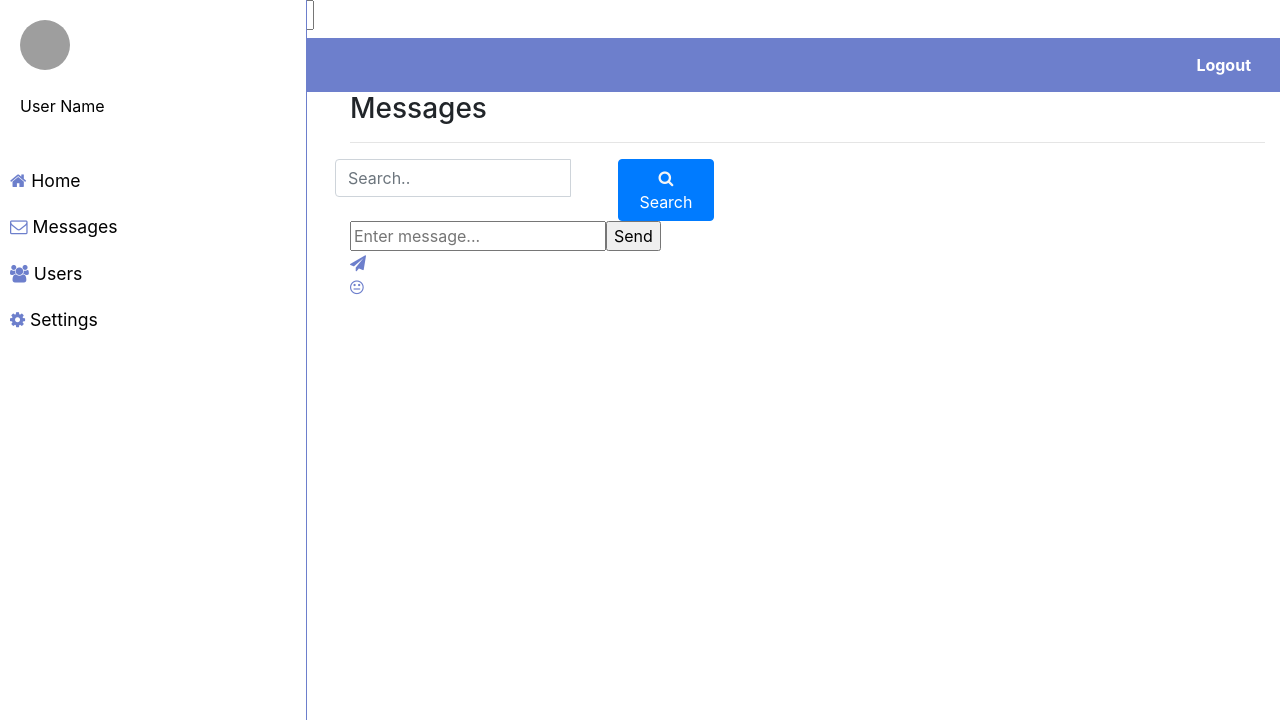
Repository: Evelyn-kate/chatapp-frontend-backend
Page: /messages (app in my-app/)
These files come from the project's save history. The page is drawn as it stood at one moment and after the next save; the edit follows.
The browser window is 1280 px wide. The pictures show the whole page.
Pictures or frames that could not be fetched are drawn as grey boxes. The page's requests for data from a server got no answer. Some web libraries are served in a nearby version. The project was rebuilt for these pictures with package versions that can differ from the ones it lists, and the page was loaded fresh each time. No one was signed in, and anything a server would have sent is missing. Also part of the build but not shown: my-app/src/components/WelcomeComponent.jsx, my-app/src/components/LoginComponent.jsx, my-app/src/components/WelcomedComponent.jsx, my-app/src/components/UserComponent.jsx, my-app/src/components/SettingsComponent.jsx, my-app/src/components/Message.js.

Above is the page before, as saved 2020-11-09 16:25:21.

### my-app/public/index.html
<!DOCTYPE html>
<html lang="en">

<head>
    <meta charset="utf-8" />
    <link rel="icon" href="%PUBLIC_URL%/favicon.ico" />
    <link rel="stylesheet" href="https://stackpath.bootstrapcdn.com/bootstrap/4.4.1/css/bootstrap.min.css" integrity="sha384-Vkoo8x4CGsO3+Hhxv8T/Q5PaXtkKtu6ug5TOeNV6gBiFeWPGFN9MuhOf23Q9Ifjh" crossOrigin="anonymous">
    <meta name="viewport" content="width=device-width, initial-scale=1" />
    <meta name="theme-color" content="#000000" />
    <meta name="description" content="Web site created using create-react-app" />
    <link rel="apple-touch-icon" href="%PUBLIC_URL%/logo192.png" />
    <link rel="stylesheet" href="https://cdnjs.cloudflare.com/ajax/libs/font-awesome/4.7.0/css/font-awesome.min.css" />

    <!--
      manifest.json provides metadata used when your web app is installed on a
      user's mobile device or desktop. See https://developers.google.com/web/fundamentals/web-app-manifest/
    -->
    <link rel="manifest" href="%PUBLIC_URL%/manifest.json" />
    <!--
      Notice the use of %PUBLIC_URL% in the tags above.
      It will be replaced with the URL of the `public` folder during the build.
      Only files inside the `public` folder can be referenced from the HTML.

      Unlike "/favicon.ico" or "favicon.ico", "%PUBLIC_URL%/favicon.ico" will
      work correctly both with client-side routing and a non-root public URL.
      Learn how to configure a non-root public URL by running `npm run build`.
    -->
    <title>React App</title>
</head>

<body>
    <noscript>You need to enable JavaScript to run this app.</noscript>

    <script src="https://code.jquery.com/jquery-3.4.1.slim.min.js" integrity="sha384-J6qa4849blE2+poT4WnyKhv5vZF5SrPo0iEjwBvKU7imGFAV0wwj1yYfoRSJoZ+n" crossOrigin="anonymous"></script>
    <script src="https://cdn.jsdelivr.net/npm/popper.js@1.16.0/dist/umd/popper.min.js" integrity="sha384-Q6E9RHvbIyZFJoft+2mJbHaEWldlvI9IOYy5n3zV9zzTtmI3UksdQRVvoxMfooAo" crossOrigin="anonymous"></script>
    <script src="https://stackpath.bootstrapcdn.com/bootstrap/4.4.1/js/bootstrap.min.js" integrity="sha384-wfSDF2E50Y2D1uUdj0O3uMBJnjuUD4Ih7YwaYd1iqfktj0Uod8GCExl3Og8ifwB6" crossOrigin="anonymous"></script>
    <!-- <script src="https://facebook.github.io/react/js/jsfiddle-integration-babel.js"></script> -->
    <script src="https://ajax.googleapis.com/ajax/libs/jquery/1.11.1/jquery.min.js"></script>

    <div id="root"></div>
    <!--
      This HTML file is a template.
      If you open it directly in the browser, you will see an empty page.

      You can add webfonts, meta tags, or analytics to this file.
      The build step will place the bundled scripts into the <body> tag.

      To begin the development, run `npm start` or `yarn start`.
      To create a production bundle, use `npm run build` or `yarn build`.
    -->
</body>

</html>

### my-app/src/index.js
import React from 'react';
import ReactDOM from 'react-dom';
import IndexComponent from './components/IndexComponent.jsx';
import './index.css';
import 'bootstrap/dist/css/bootstrap.min.css';
import './Login.scss';



ReactDOM.render( <
    IndexComponent / > ,
    document.getElementById('root')
);

### my-app/src/components/IndexComponent.jsx
import React from 'react';

import {BrowserRouter, Switch, Route} from 'react-router-dom';

import WelcomeComponent from './WelcomeComponent';

import LoginComponent from './LoginComponent';
import WelcomedComponent from './WelcomedComponent';
import UserComponent from './UserComponent';
import SettingsComponent from './SettingsComponent';
import ChatComponent from './ChatComponent';


class IndexComponent extends React.Component {
    render() {
        return (
            <BrowserRouter>
                <Switch>
                    <Route exact path="/" component = {LoginComponent}/>
                    <Route path="/welcome/username" component = {WelcomeComponent}/>
                    <Route exact path="/logout" component = {LoginComponent}/>
                    <Route exact path="/welcome/admin" component = {WelcomedComponent}/>
                    <Route exact path="/users" component = {UserComponent}/>
                    <Route exact path="/settings" component = {SettingsComponent}/>
                    <Route  exact path = "/messages" component = {ChatComponent}/>
                </Switch>
            </BrowserRouter>
        );
    }
}
export default IndexComponent ;

### my-app/src/Login.scss
/* styling the login page*/


/* form {
    border: 3px solid #7c84ec;
    position: absolute;
    background: blue;
} */

.form-login {
    background-color: #318CE7;
    border: 3px solid #7c84ec;
    position: absolute;
}

.box-login {
    padding-top: 50px;
}

button {
    background-color: #dbf113;
    color: white;
    padding: 14px 20px;
    margin: 8px 0;
    border: none;
    cursor: pointer;
    width: 75%;
    float: right;
}

button:hover {
    opacity: 0.8;
}

button.logout {
    width: initial;
    color: #fff
}

// css avatar
.avatar {
    vertical-align: middle;
    width: 50px;
    height: 50px;
    border-radius: 50%;
}

span.psw {
    float: left;
    //padding-top: 16px;
}

.btn btn-outline-success my-2 my-sm-0 {
    width: 40%;
    padding-block: 80px;
}

// Welcome style
.main-text {
    display: flex;
    min-height: 80vh;
    align-items: center;
    justify-content: center;
}


/*my style sidebar start*/

.wrapper {
    display: flex;
    width: 100%;
    align-items: stretch;
    overflow-x: hidden;
    overflow-y: auto;
}

a[data-toggle="collapse"] {
    position: relative;
}

.dropdown-toggle::after {
    display: block;
    position: absolute;
    top: 50%;
    right: 20px;
    transform: translateY(-50%);
}

@media (max-width: 700px) {
    #sidebar {
        margin-left: -250px;
    }
    #sidebar.active {
        margin-left: 0;
    }
}


/*
    ADDITIONAL DEMO STYLE, NOT IMPORTANT TO MAKE THINGS WORK BUT TO MAKE IT A BIT NICER :)
*/

///@import "https://fonts.googleapis.com/css?family=Poppins:300,400,500,600,700";
body {
    font-family: 'Poppins', sans-serif;
    background: #fafafa;
    overflow: scroll;
}

p {
    font-family: 'Poppins', sans-serif;
    font-size: 1.1em;
    font-weight: 300;
    line-height: 1.7em;
    color: #000;
}

a,
a:hover,
a:focus {
    color: inherit;
    text-decoration: none;
    transition: all 0.3s;
}

#sidebar {
    /* don't forget to add all the previously mentioned styles here too */
    background: #fff;
    color: #000;
    transition: all 0.3s;
    height: 100%;
    width: 24%;
    position: fixed;
    //min-height: 1000px;
    z-index: 999;
    overflow: auto;
    top: 0;
    bottom: 0px;
    left: 0;
    border-right: 1px solid #6d7fcc;
}

#sidebar .sidebar-header {
    padding: 20px;
    background: #fff;
}

#sidebar ul.components {
    padding: 20px 0;
    //  border-bottom: 1px solid #47748b;
}

#sidebar ul p {
    color: #fff;
    padding: 10px;
}

#sidebar ul li a {
    padding: 10px;
    font-size: 1.1em;
    display: block;
    text-decoration: none;
    color: #000;
}

#sidebar ul li a:hover {
    color: #000;
    background: #cecece;
}

#sidebar ul li.active>a,
a[aria-expanded="true"] {
    color: #000;
    background: #cecece;
}

ul ul a {
    font-size: 0.9em !important;
    padding-left: 30px !important;
    background: #fff;
}


/*my style sidebar end*/

.navbarr {
    background-color: #6d7fcc;
    padding-left: 0%;
}

.navbardiv {
    margin-left: -30px;
}

.fa {
    color: #6d7fcc;
}


/* Add media queries for small screens (when the height of the screen is less than 450px, add a smaller padding and font-size) */


/* @media screen and (max-height: 450px) {
    .sidebar {
        padding-top: 15px;
    }
    .sidebar a {
        font-size: 18px;
    }
}
 */


/*message start style*/

.container1 {
    border: 2px solid #dedede;
    background-color: #fff;
    border-radius: 5px;
    padding: 10px;
    margin: 10px 10px 10px 10px;
}


/* Darker chat container */

.darker {
    border-color: #ccc;
    background-color: #ddd;
}


/* Clear floats */

.container1::after {
    content: "";
    clear: both;
    display: table;
}


/* Style time text */

.time-right {
    float: right;
    color: #aaa;
}


/* Style time text */

.time-left {
    float: left;
    color: #999;
}

.publisher {
    position: relative;
    display: -webkit-box;
    display: flex;
    -webkit-box-align: center;
    align-items: center;
    padding: 12px 20px;
    background-color: #f9fafb
}

.publisher>*:first-child {
    margin-left: 0
}

.publisher>* {
    margin: 0 8px
}

.publisher-input {
    -webkit-box-flex: 1;
    flex-grow: 1;
    border: none;
    outline: none !important;
    background-color: transparent
}

.publisher-btn {
    background-color: transparent;
    border: none;
    color: #8b95a5;
    font-size: 16px;
    cursor: pointer;
    overflow: -moz-hidden-unscrollable;
    -webkit-transition: .2s linear;
    transition: .2s linear
}

.file-group input[type="file"] {
    position: absolute;
    opacity: 0;
    z-index: -1;
    width: 20px
}

.text-info {
    color: #48b0f7;
}


/* Style message avatar */

.container1 img {
    float: left;
    max-width: 60px;
    width: 100%;
    margin-right: 20px;
    border-radius: 50%;
}


/* Style the right image */

.container1 img.right {
    float: right;
    margin-left: 20px;
    margin-right: 0;
}


/*message styles end*/

@import "~bootstrap/scss/bootstrap";

### my-app/src/components/ChatComponent.js
import React, { Component } from 'react'
import MessageComponent from './MessageComponent'
import Message from './Message'

const URL = 'ws://localhost:3030';

class ChatComponent extends Component {
    state = {
        name: 'Bob',
        messages: [],
    }

    ws = new WebSocket(URL)

    componentDidMount() {
        this.ws.onopen = () => {
            // on connecting, do nothing but log it to the console
            console.log('connected')
        }

        this.ws.onmessage = evt => {
            // on receiving a message, add it to the list of messages
            const message = JSON.parse(evt.data)
            this.addMessage(message)
        }

        this.ws.onclose = () => {
            console.log('disconnected')
            // automatically try to reconnect on connection loss
            this.setState({
                ws: new WebSocket(URL),
            })
        }
    }

    addMessage = message =>
        this.setState(state => ({ messages: [message, ...state.messages] }))

    submitMessage = messageString => {
        // on submitting the ChatInput form, send the message, add it to the list and reset the input
        const message = { name: this.state.name, message: messageString }
        this.ws.send(JSON.stringify(message))
        this.addMessage(message)
    }

    render() {
        return (< div >
            <label htmlFor="name">
                Name:&nbsp; <input type="text" id={'name'} placeholder={'Enter your name...'} value={this.state.name}
                    onChange={e => this.setState({ name: e.target.value })} />
            </label >
            <MessageComponent ws={this.ws} onSubmitMessage={messageString => this.submitMessage(messageString)} /> {
                this.state.messages.map((message, index) =>
                    <Message key={index} message={message.message} name={message.name} />,
                )
            } </div>
        )
    }
}

export default ChatComponent;

### my-app/src/components/NavComponent.jsx
import React from 'react';

class NavComponent extends React.Component{
    logout = () => {
        this.props.history.push('/logout');
    }
    render () {
        return (
            <div className="navbardiv">
                <nav className="navbar navbarr justify-content-end navbar-expand-lg">
                    <button className="btn btn-default logout" type="submit" onClick={this.logout}> <b>Logout</b></button>
                </nav>
            </div>
        );

    }
}
export default NavComponent;

### my-app/src/components/SideComponent.jsx
import React from 'react';

class SideComponent extends React.Component{
    render () {
        return (
/*             <div class="sidebar">
            <img src="/images/User_Avatar_2.png" alt="Avatar" className="avatar"/>
            <h1>Username</h1>
            <h4>User@worldvoice.eu</h4>
            <a href="#home"><i className="fa fa-fw fa-envelope"></i>Messages</a>
            <a href="#clients"><i className="fa fa-fw fa-user"></i> Users</a>
            <a href="#contact"><i className="fa fa-fw fa-cog"></i>Settings</a>
         </div>*/


    <nav id="sidebar">
        <div class="sidebar-header">
            <div>
                <img src="images/User.jpg" alt="Avatar" className="avatar"/>
            </div>
            <br/>
            <span>User Name</span>

        </div>

        <ul class="list-unstyled components">
            <li>

                <a href=" http://localhost:3000/welcome/username">
                    <i class="fa fa-home" aria-hidden="true"></i>     Home
                </a>
            </li>

            <li>

                <a href=" http://localhost:3000/messages">
                    <i class="fa fa-envelope-o" aria-hidden="true"></i>     Messages
                </a>
            </li>

            <li>
                <a href=" http://localhost:3000/users"><i class="fa fa-users" aria-hidden="true"></i>     Users</a>
            </li>
            <li>
                <a href=" http://localhost:3000/settings"><i class="fa fa-cog" aria-hidden="true"></i>     Settings</a>
            </li>
        </ul>
    </nav>




        );


    }

}
export default SideComponent;

### my-app/src/components/MessageComponent.jsx
import React from 'react';
import PropTypes from 'prop-types';

import NavComponent from './NavComponent';
import SideComponent from './SideComponent';



class MessageComponent extends React.Component {
    // logout() {
    //     this.props.history.push('/logout');
    // }
    static propTypes = {
        onSubmitMessage: PropTypes.func.isRequired,
    }
    state = {
        message: '',
    }


    render() {
        return (
            <div>

                <div className="container-fluid">
                    <div className="row">
                        {/* <!-- The sidebar --> */}
                        <div className="col-3">
                            <div>
                                <SideComponent />
                            </div>
                        </div>
                        <div className="col-9 pr-0">

                            {/*navbar component*/}

                            <NavComponent history={this.props.history} />

                            <div className="container">
                                <div className="panel panel-info">
                                    <div className="panel-heading">
                                        <h3> Messages</h3>
                                        <hr />
                                    </div>

                                    <div className="panel-body">

                                        <div className="row">
                                            <div className="input-group">
                                                <input type="text" placeholder="Search.." className="form-control col-3" />
                                                <div className="input-group-btn col-2">
                                                    <button type="submit" className="btn btn-primary" type="button" onClick={(e) => { e.preventDefault(); window.location.href = 'http://google.com'; }}>
                                                        <i className="fa fa-search" style={{ color: "whitesmoke" }}></i> Search</button>
                                                </div>
                                            </div>
                                        </div>
                                        {/*

                                            <div className="container1">
                                                <img src="../User.jpg" alt="Avatar"/>
                                                    <p>Hello. How are you today?</p>
                                                    <span className="time-right">11:00</span>
                                            </div>

                                            <div className="container1 darker">
                                                <img src="/w3images/avatar_g2.jpg" alt="Avatar" class="right"/>
                                                    <p>Hey! I'm fine. Thanks for asking!</p>
                                                    <span className="time-left">11:01</span>
                                            </div>

                                            <div className="container1">
                                                <img src="/w3images/bandmember.jpg" alt="Avatar"/>
                                                    <p>Sweet! So, what do you wanna do today?</p>
                                                    <span className="time-right">11:02</span>
                                            </div>

                                            <div className="container1 darker">
                                                <img src="/w3images/avatar_g2.jpg" alt="Avatar" class="right"/>
                                                    <p>Nah, I dunno. Play soccer.. or learn more coding perhaps?</p>
                                                    <span className="time-left">11:05</span>
                                            </div> */}




                                        <span className="publisher-btn file-group">

                                            <div>
                                                <form action="." onSubmit={e => {
                                                    e.preventDefault()
                                                    this.props.onSubmitMessage(this.state.message)
                                                    this.setState({ message: '' })
                                                }}
                                                >
                                                    <input type="text" placeholder={'Enter message...'} value={this.state.message}
                                                        onChange={e => this.setState({ message: e.target.value })}
                                                    />
                                                    <input type="submit" value={'Send'} />
                                                    <div className="publisher-btn" data-abc="true"><i className="fa fa-paper-plane"></i> <div className="publisher-btn text-info" data-abc="true"></div> </div>

                                                </form>
                                            </div>
                                            <div className="publisher-btn" data-abc="true"><i className="fa fa-meh-o"></i> <div className="publisher-btn text-info" data-abc="true"></div> </div></span>
                                    </div>
                                </div>
                            </div>
                        </div>
                    </div>
                </div>
            </div>
        );
    }
}

export default MessageComponent;

Loaded but not shown: my-app/src/index.css (common file)

After the next save:
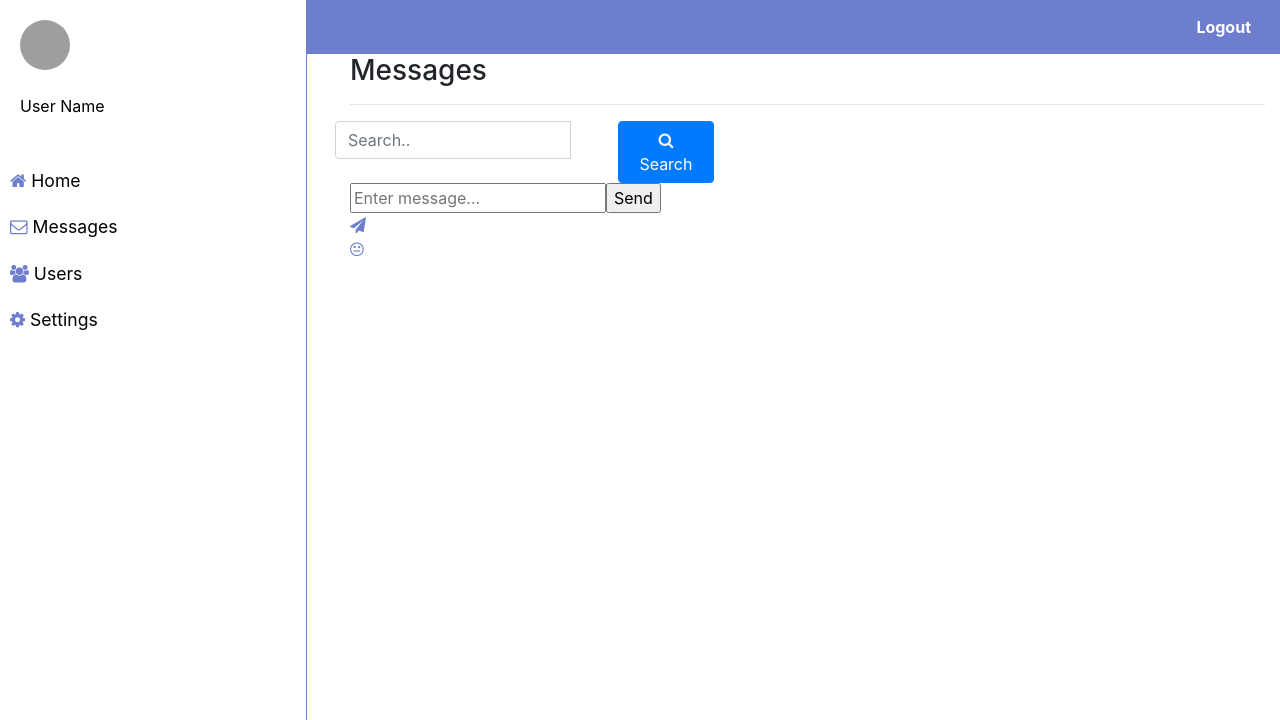
Saved 14 min 50 s later.
--- a/my-app/src/components/IndexComponent.jsx
+++ b/my-app/src/components/IndexComponent.jsx
@@ -1,6 +1,6 @@
 import React from 'react';
 
-import {BrowserRouter, Switch, Route} from 'react-router-dom';
+import { BrowserRouter, Switch, Route } from 'react-router-dom';
 
 import WelcomeComponent from './WelcomeComponent';
 
@@ -8,7 +8,7 @@ import LoginComponent from './LoginComponent';
 import WelcomedComponent from './WelcomedComponent';
 import UserComponent from './UserComponent';
 import SettingsComponent from './SettingsComponent';
-import ChatComponent from './ChatComponent';
+import MessageComponent from './MessageComponent';
 
 
 class IndexComponent extends React.Component {
@@ -16,16 +16,16 @@ class IndexComponent extends React.Component {
         return (
             <BrowserRouter>
                 <Switch>
-                    <Route exact path="/" component = {LoginComponent}/>
-                    <Route path="/welcome/username" component = {WelcomeComponent}/>
-                    <Route exact path="/logout" component = {LoginComponent}/>
-                    <Route exact path="/welcome/admin" component = {WelcomedComponent}/>
-                    <Route exact path="/users" component = {UserComponent}/>
-                    <Route exact path="/settings" component = {SettingsComponent}/>
-                    <Route  exact path = "/messages" component = {ChatComponent}/>
+                    <Route exact path="/" component={LoginComponent} />
+                    <Route path="/welcome/username" component={WelcomeComponent} />
+                    <Route exact path="/logout" component={LoginComponent} />
+                    <Route exact path="/welcome/admin" component={WelcomedComponent} />
+                    <Route exact path="/users" component={UserComponent} />
+                    <Route exact path="/settings" component={SettingsComponent} />
+                    <Route exact path="/messages" component={MessageComponent} />
                 </Switch>
             </BrowserRouter>
         );
     }
 }
-export default IndexComponent ;
+export default IndexComponent;
